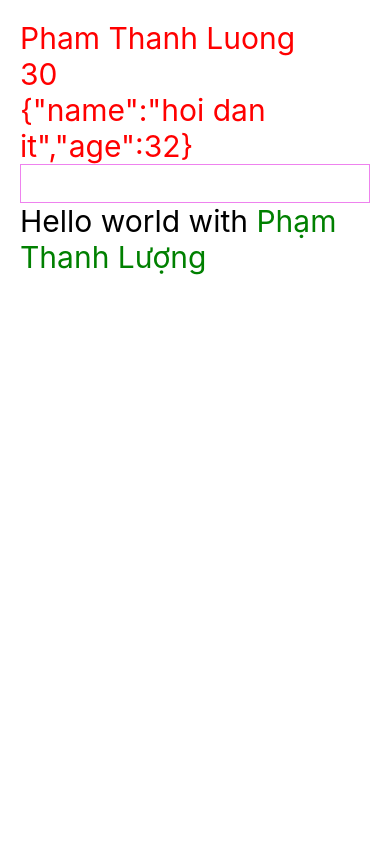
Repository: LuongPTCE181311/React-Native-Ultimate
Screen: /
An editor plug-in stored every save of this project. The screen is shown before and after a run of saves, followed by the edit.
The app was drawn by React Native's web renderer in a window 390 px wide. The project was rebuilt for these pictures with package versions that can differ from the ones it lists, and the page was loaded fresh each time. Some packages were replaced by stand-ins written for this rebuild.

Above is the screen before, as saved 2026-05-30 15:28:14.

### App.tsx
import { StatusBar } from 'expo-status-bar';
import { useState } from 'react';
import { StyleSheet, Text, TextInput, View } from 'react-native';


export default function App() {

  const [name, setName] = useState<string>("Pham Thanh Luong");

  const [age, setAge] = useState<number>(30);

  const [person, setPerson] = useState<{
    name: string;
    age: number;
  }>({
    name: "hoi dan it",
    age: 32
  })
  return (
    <View style={styles.container}>
      <View>
        <Text style={styles.text} >{name}</Text>
        <Text style={styles.text} >{age}</Text>
        <Text style={styles.text} >{JSON.stringify(person)}</Text>
        <TextInput style={styles.borderInput}/>
      </View>
      <Text style={styles.text2}>Hello world with
        <Text style={styles.greenColor}> Phạm Thanh Lượng</Text>
      </Text>
    </View>
  );
}

const styles = StyleSheet.create({
  greenColor: {
    color: "green"
  },
  text: {
    fontSize: 30,
    color: "red"
  },
  text2: {
    fontSize: 30
  },
  container: {
    flex: 1,
    backgroundColor: '#fff',
    // alignItems: 'center',
    // justifyContent: 'center'
    padding: 20,
  },
  borderInput: {
    borderColor: "violet",
    borderWidth: 1,
    paddingTop: 20
  }
});

Loaded but not shown: index.ts (common file)

After the next 3 saves:
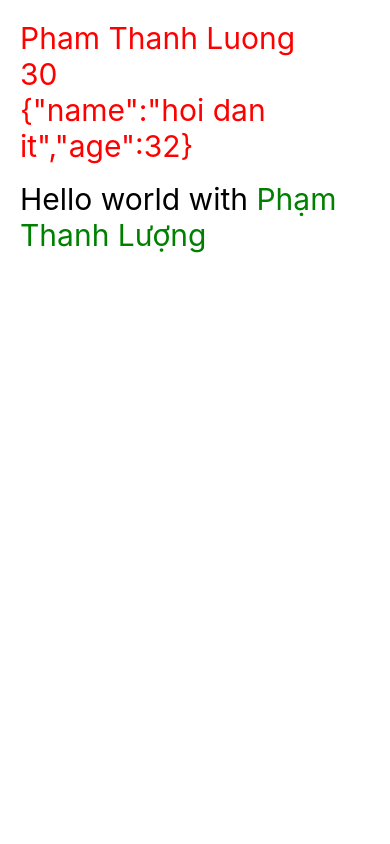
The 3 saves are shown as one change because they came seconds apart.
The last was saved 10 s later.
--- a/App.tsx
+++ b/App.tsx
@@ -51,7 +51,6 @@ const styles = StyleSheet.create({
   },
   borderInput: {
     borderColor: "violet",
-    borderWidth: 1,
-    paddingTop: 20
+
   }
 });
